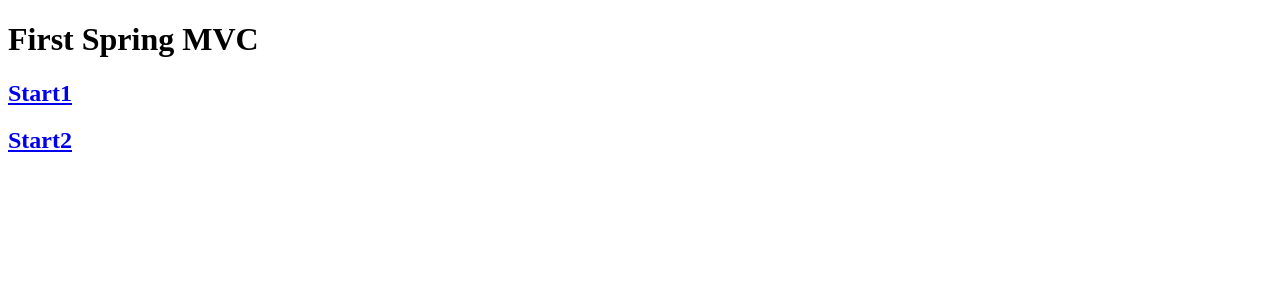
Repository: Developer120000/spring_mvc_study
Page: http://localhost/spring_mvc02/
These files come from the project's save history. The page is drawn as it stood at one moment and after the next save; the edit follows.
The browser window is 1280 px wide. The pictures show the whole page.
The page is served by Tomcat 9.

Above is the page before, as saved 2024-03-19 01:13:41.

After the next save:
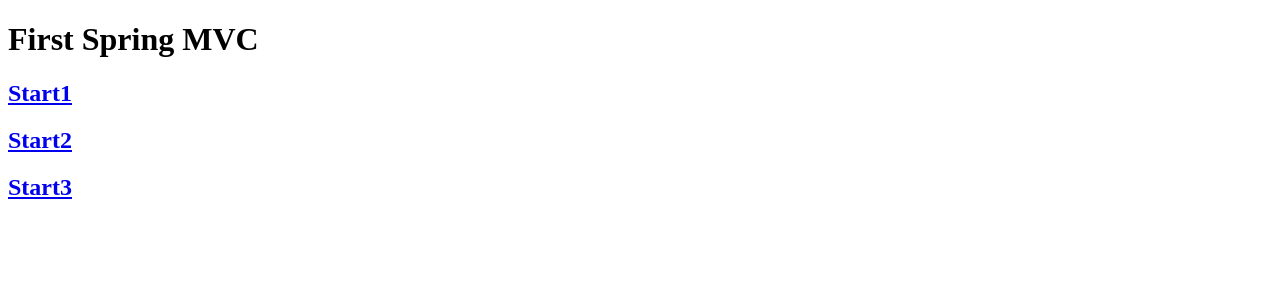
Saved 91 s later.
--- a/spring_mvc02/src/main/webapp/WEB-INF/views/index.jsp
+++ b/spring_mvc02/src/main/webapp/WEB-INF/views/index.jsp
@@ -11,5 +11,6 @@
 	<!-- 확장자가 .do 이름 이므로 web.xml 에서 지정한 servlet-context.xml (DispatcherServlet) 으로 간다 -->
 	<h2><a href="start1.do">Start1</a></h2>
 	<h2><a href="start2.do">Start2</a></h2>
+	<h2><a href="start3.do">Start3</a></h2>
 </body>
 </html>
